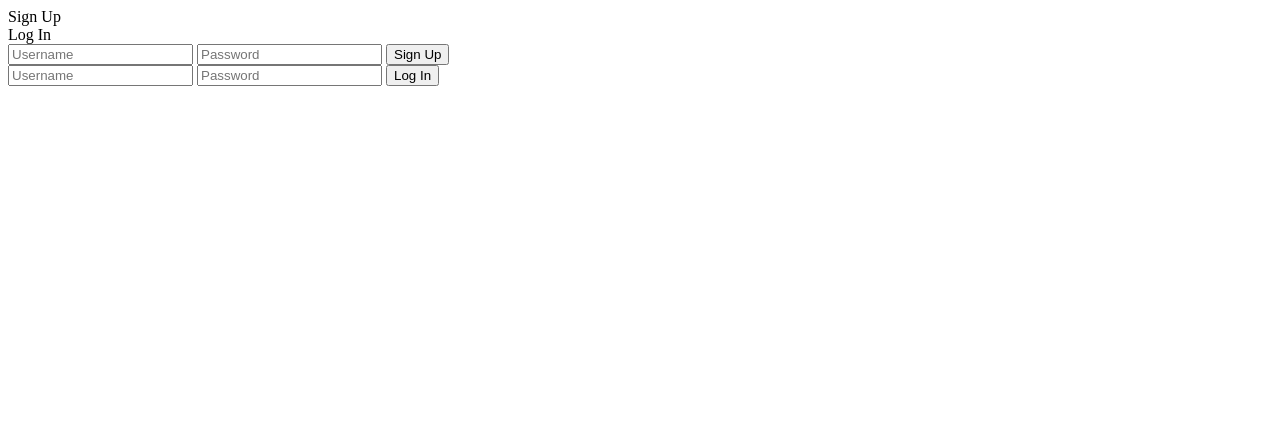
Repository: BanavasiPrakash/radminnetworkping
Page: src/main/resources/static/auth.html
The author's editor kept a copy of each file at every save. The page is drawn from the files as they stood at one save, then again after the next save.
The browser window is 1280 px wide. The pictures show the whole page.

Above is the page before, as saved 2025-08-22 11:26:04.

After the next save:
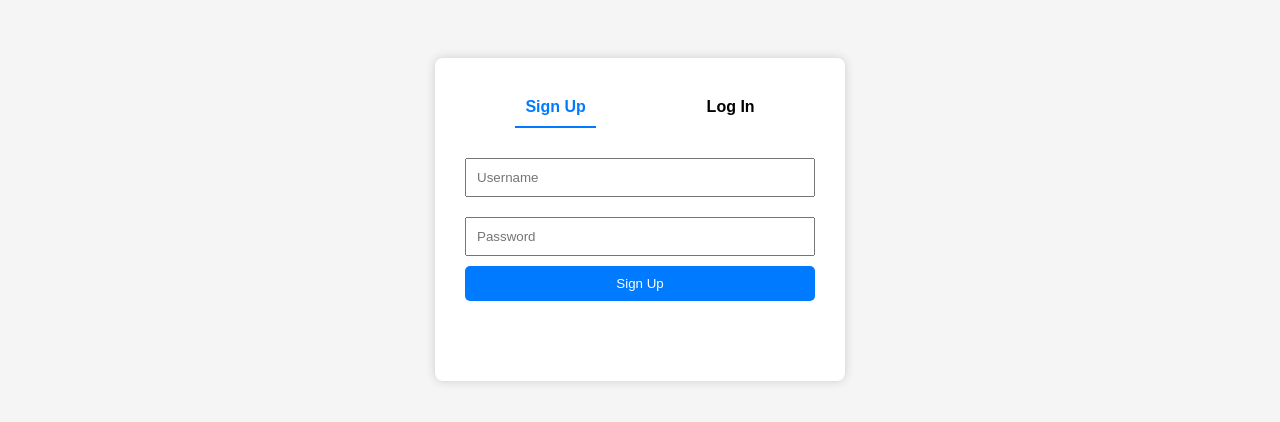
Saved 52 s later.
--- a/src/main/resources/static/auth.html
+++ b/src/main/resources/static/auth.html
@@ -2,7 +2,22 @@
 <html>
 <head>
   <title>Signup & Login</title>
-
+  <style>
+    body { font-family: Arial, sans-serif; background: #f5f5f5; display: flex; justify-content: center; padding-top: 50px; }
+    .container { background: white; padding: 30px; box-shadow: 0 0 10px #ccc; width: 350px; border-radius: 8px; }
+    h2 { text-align: center; margin-bottom: 20px; }
+    form { display: none; }
+    form.active { display: block; }
+    input { width: 100%; padding: 10px; margin: 10px 0; box-sizing: border-box; }
+    button { width: 100%; padding: 10px; background: #007bff; color: white; border: none; border-radius: 5px; cursor: pointer; }
+    button:hover { background: #0056b3; }
+    .tabs { display: flex; justify-content: space-around; margin-bottom: 20px; }
+    .tab { cursor: pointer; padding: 10px; border-bottom: 2px solid transparent; font-weight: bold; }
+    .tab.active { border-color: #007bff; color: #007bff; }
+    .message { margin: 15px 0; padding: 10px; border-radius: 5px; }
+    .success { background-color: #d4edda; color: #155724; }
+    .error { background-color: #f8d7da; color: #721c24; }
+  </style>
 </head>
 <body>
   <div class="container">
@@ -32,7 +47,6 @@
       document.getElementById('signup-message').textContent = '';
       document.getElementById('login-message').textContent = '';
     }
-
     async function submitSignup(event) {
       event.preventDefault();
       const username = document.getElementById('signup-username').value.trim();
@@ -60,7 +74,6 @@
         msg.classList.add('error');
       }
     }
-
     async function submitLogin(event) {
       event.preventDefault();
       const username = document.getElementById('login-username').value.trim();
@@ -75,11 +88,9 @@
           body: new URLSearchParams({username, password})
         });
         if (res.ok) {
-          const userData = await res.json(); // Should contain {username, role}
-          sessionStorage.setItem('currentUser', JSON.stringify({
-            username: userData.username,
-            role: userData.role
-          }));
+          const userData = await res.json(); // Expect an object with username, role
+          // Store username and role, do NOT store password
+          sessionStorage.setItem('currentUser', JSON.stringify({username: userData.username, role: userData.role}));
           msg.textContent = 'Login successful! Redirecting...';
           msg.classList.add('success');
           setTimeout(() => { window.location.href = 'status.html'; }, 1000);
